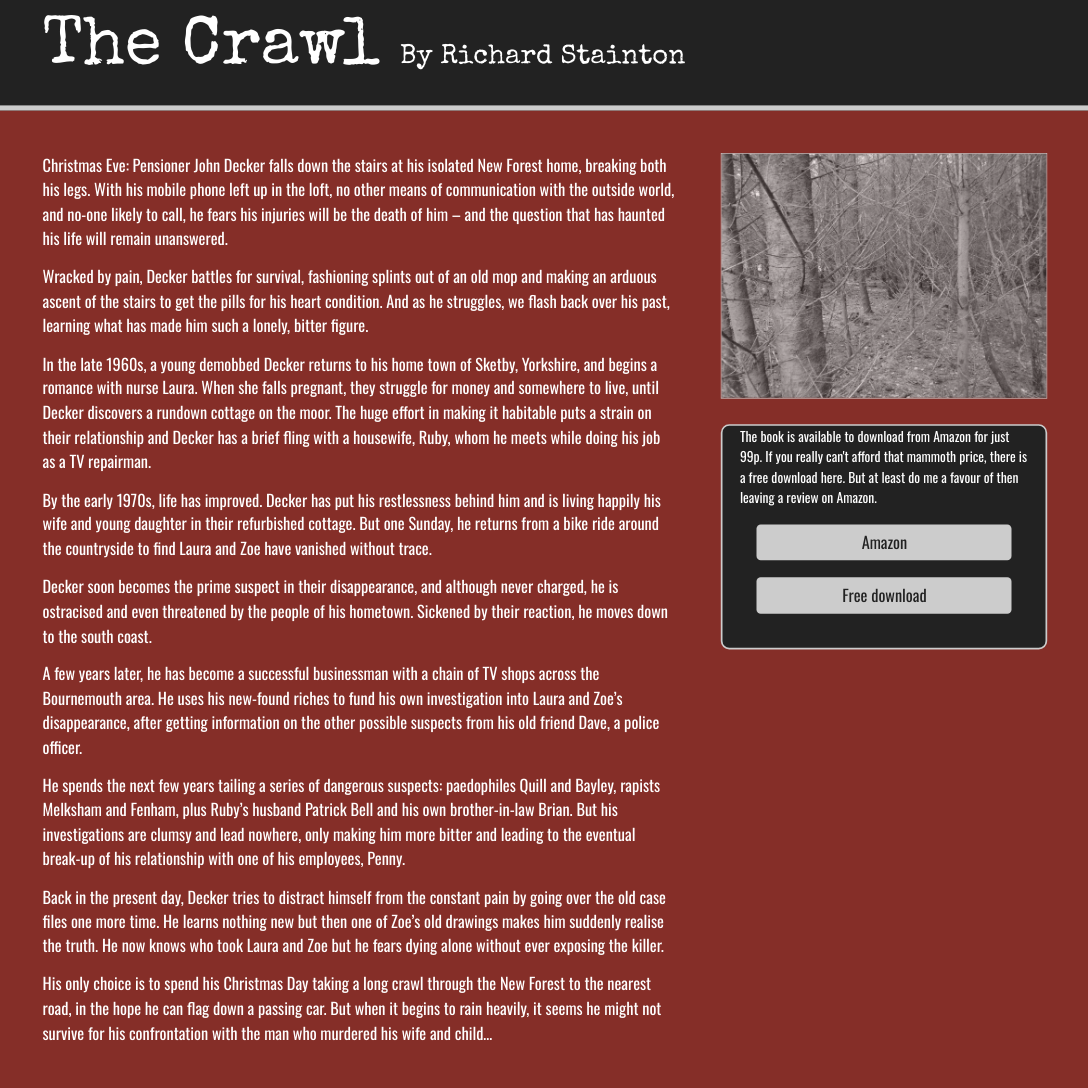
Repository: Domehead123/crawl
Page: index.html
The author's editor kept a record of every edit. The page is drawn from the files as they stood at one moment, then again after the next edit.
The browser window is 1280 px wide. The pictures show the whole page, at 85% of full size.

Above is the page before.

### index.html
<!DOCTYPE html>
<html lang="en">
<head>
    <meta charset="UTF-8">
    <meta name="viewport" content="width=device-width, initial-scale=1.0">
    <meta http-equiv="X-UA-Compatible" content="ie=edge">
    <link rel="stylesheet" href="https://stackpath.bootstrapcdn.com/bootstrap/4.4.1/css/bootstrap.min.css" integrity="sha384-Vkoo8x4CGsO3+Hhxv8T/Q5PaXtkKtu6ug5TOeNV6gBiFeWPGFN9MuhOf23Q9Ifjh" crossorigin="anonymous">
    <link href="https://fonts.googleapis.com/css?family=Oswald|Special+Elite&display=swap" rel="stylesheet">
    <link rel="stylesheet" href="assets/css/style.css" type="text/css" />
    <title>The Crawl</title>
</head>
<body>
    <header>
        <div class="title"><h1>The Crawl</h1></div>
        <div class="author">By Richard Stainton</div>
    </header>
    <main>
        <p>Christmas Eve: Pensioner John Decker falls down the stairs at his isolated New Forest home, breaking both his legs. With his mobile phone left up in the loft, no other means of communication with the outside world, and no-one likely to call, he fears his injuries will be the death of him – and the question that has haunted his life will remain unanswered.</p>
<p>Wracked by pain, Decker battles for survival, fashioning splints out of an old mop and making an arduous ascent of the stairs to get the pills for his heart condition. And as he struggles, we flash back over his past, learning what has made him such a lonely, bitter figure.</p>
<p>In the late 1960s, a young demobbed Decker returns to his home town of Sketby, Yorkshire, and begins a romance with nurse Laura. When she falls pregnant, they struggle for money and somewhere to live, until Decker discovers a rundown cottage on the moor. The huge effort in making it habitable puts a strain on their relationship and Decker has a brief fling with a housewife, Ruby, whom he meets while doing his job as a TV repairman.</p>
<p>By the early 1970s, life has improved. Decker has put his restlessness behind him and is living happily his wife and young daughter in their refurbished cottage. But one Sunday, he returns from a bike ride around the countryside to find Laura and Zoe have vanished without trace.</p>
<p>Decker soon becomes the prime suspect in their disappearance, and although never charged, he is ostracised and even threatened by the people of his hometown. Sickened by their reaction, he moves down to the south coast.</p>
<p>A few years later, he has become a successful businessman with a chain of TV shops across the Bournemouth area. He uses his new-found riches to fund his own investigation into Laura and Zoe’s disappearance, after getting information on the other possible suspects from his old friend Dave, a police officer.</p>
<p>He spends the next few years tailing a series of dangerous suspects: paedophiles Quill and Bayley, rapists Melksham and Fenham, plus Ruby’s husband Patrick Bell and his own brother-in-law Brian. But his investigations are clumsy and lead nowhere, only making him more bitter and leading to the eventual break-up of his relationship with one of his employees, Penny.</p>
<p>Back in the present day, Decker tries to distract himself from the constant pain by going over the old case files one more time. He learns nothing new but then one of Zoe’s old drawings makes him suddenly realise the truth. He now knows who took Laura and Zoe but he fears dying alone without ever exposing the killer.</p>
<p>His only choice is to spend his Christmas Day taking a long crawl through the New Forest to the nearest road, in the hope he can flag down a passing car. But when it begins to rain heavily, it seems he might not survive for his confrontation with the man who murdered his wife and child…</p>

    </main>
    <side>
        <img src="assets/images/trees-mono.jpg">
        <div class="downloads">
        <p>The book is available to download from Amazon for just 99p. If you really can't afford that mammoth price, there is a free download here. But at least do me a favour of then leaving a review on Amazon.</p>
        <div class="button" href="https://www.amazon.co.uk/Crawl-Richard-Stainton-ebook/dp/B0841PFPQ1/ref=sr_1_1?keywords=the+crawl+richard+stainton&qid=1584789270&sr=8-1">Amazon</div>
        <div class="button">Free download</div>
        </div>
    </side>
</body>
</html>

### assets/css/style.css
body {
 background: #852e28;
  font-family: 'Oswald', sans-serif;
  color: #fff;
  margin: 0;
}

header {
    background: #222;
    border-bottom: 6px solid #ccc;
    box-sizing: border-box;
    padding: 10px 0 10px 50px;
}

h1 {
    font-family: 'Special Elite', cursive;
    font-size: 5em;
}

h2 {
    font-family: 'Special Elite', cursive;
    font-size: 1.8em;
}

.title {
  color: #fff;
  display: inline-block;
  width: auto;
  margin: 0 20px 0 0;
}

.author {
    color: #fff;
  font-family: 'Special Elite', cursive;
  font-size: 2em;
  display: inline-block;
  width: 40%;
}

main {
    font-size: 1.2em;
    padding: 50px;
    width: 66%;
    display: inline-block;
    vertical-align: top;
    box-sizing: border-box;
}

main p:first-of-type {
    margin-top: 0;
}

main p:last-of-type {
    margin-bottom: 0;
}

side {
    width: 30%;
    display: inline-block;
    vertical-align: top;
    padding: 50px 0 0 0;
    box-sizing: border-box;
}

side img {
    width: 100%;
    border: 1px solid #ccc;
    opacity: 0.9;
}

.downloads {
    background: #222;
    border: 2px solid #ccc;
    border-radius: 10px;
    padding: 0 20px 20px 20px;
    margin-top: 30px;
    box-sizing: border-box;
}

.button {
    background: #ccc;
    color: #222;
    border-radius: 5px;
    width: 300px;
    padding: 7px;
    font-size: 1.2em;
    box-sizing: border-box;
    text-align: center;
    margin: 20px auto;
    transition: 0.4s all;
    max-width: 100%;
    cursor: pointer;
}

.button:hover {
    background: #eee;
}

.button a {
    display: inline-block;
    width: 100%;
    height: 100%;
    text-decoration: none;
    transition: 0.4s all;
    color: #222;
}

.button:hover a {
     text-decoration: underline;
}

footer {
    text-align: center;
    padding: 10px;
}

@media only screen and (max-width: 768px) {

  h1 {
      margin-bottom: 20px;
      }


 .title {
      width: 100%;
      margin: 0;
      }

  .author {
      width: 100%;
      margin: 0 0 30px 0;
  }

  main {
    width: 100%;
    margin: 0;
  }

   side {
    width: 100%;
    padding: 0;
    margin: 0;
  }

  side img {
      display: none;
  }

  .downloads {
      margin: 0 50px 50px 50px;
  }

}

After the next edit:
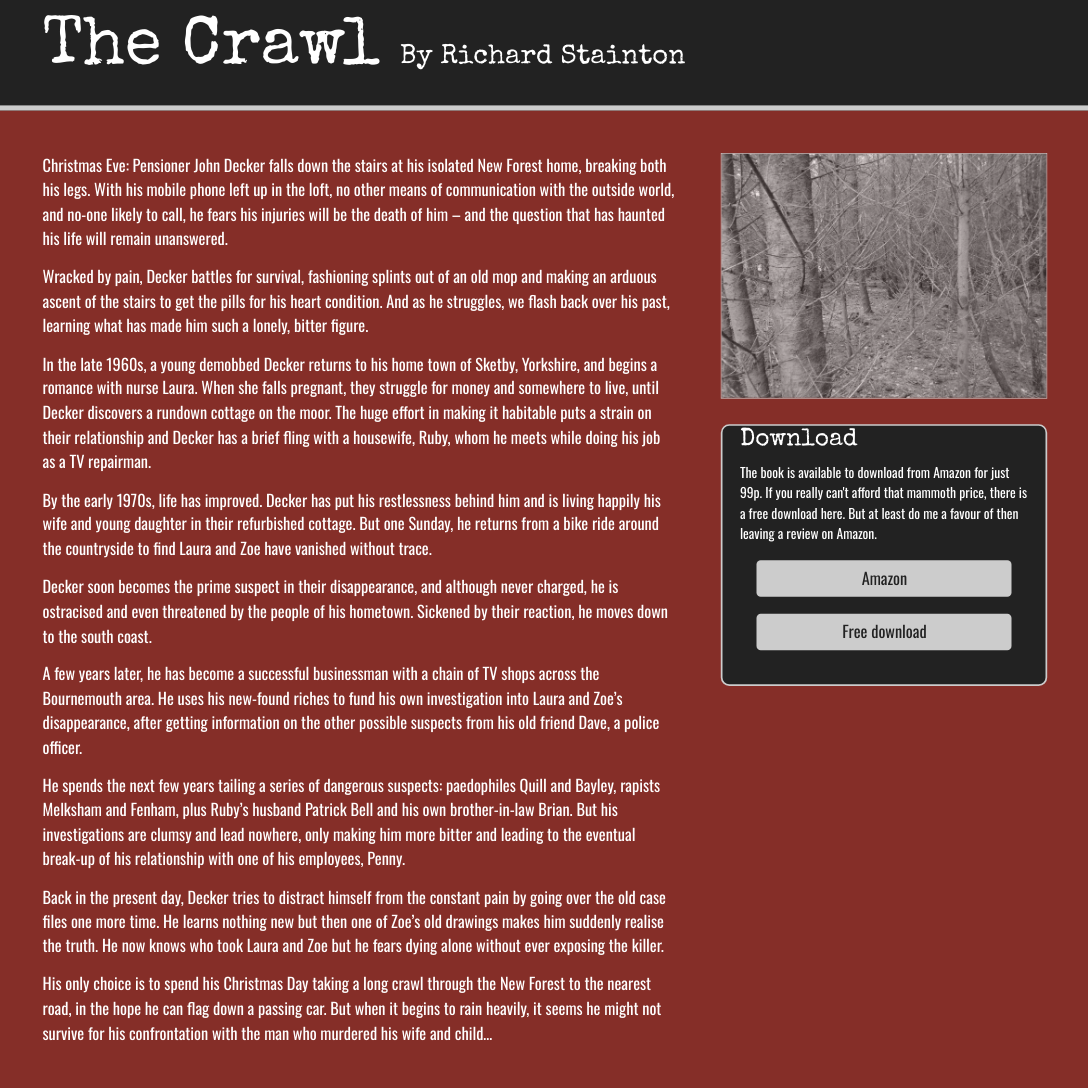
The edit:
--- a/index.html
+++ b/index.html
@@ -29,6 +29,7 @@
     <side>
         <img src="assets/images/trees-mono.jpg">
         <div class="downloads">
+            <h2>Download</h2>
         <p>The book is available to download from Amazon for just 99p. If you really can't afford that mammoth price, there is a free download here. But at least do me a favour of then leaving a review on Amazon.</p>
         <div class="button" href="https://www.amazon.co.uk/Crawl-Richard-Stainton-ebook/dp/B0841PFPQ1/ref=sr_1_1?keywords=the+crawl+richard+stainton&qid=1584789270&sr=8-1">Amazon</div>
         <div class="button">Free download</div>
